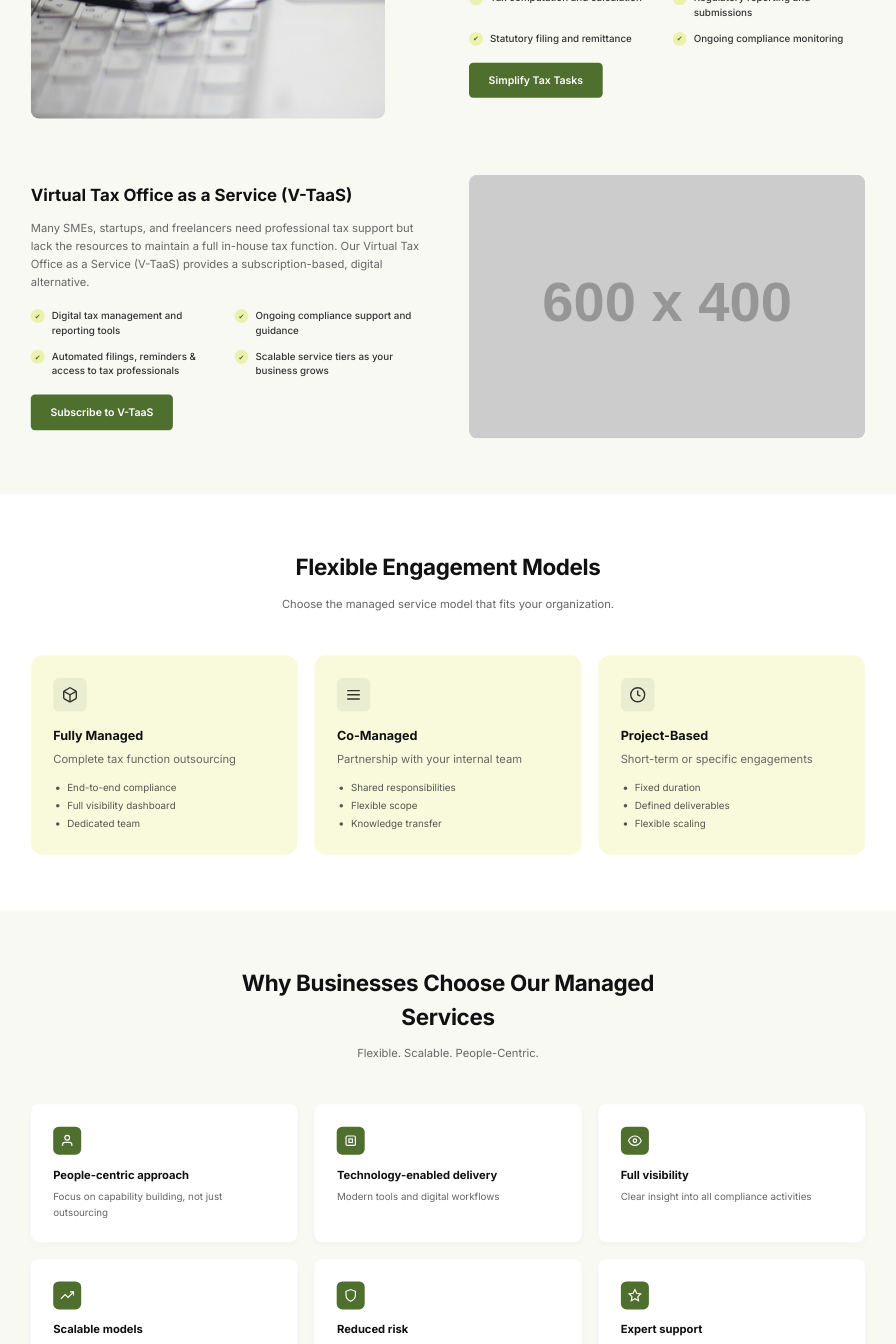
Repository: Opawumi/work_merate
Page: managed.html
These files come from the project's save history. The page is drawn as it stood at one moment and after a run of saves; the edit follows.
The browser window is 1280 px wide. The pictures show the part of the page from y = 2231 to 4151 px (the page is 5400 px tall before and 5415 px after), at 70% of full size.

Above is the page before, as saved 2026-02-02 11:44:09.

### managed.html
<!DOCTYPE html>
<html lang="en">
<head>
    <meta charset="UTF-8">
    <meta name="viewport" content="width=device-width, initial-scale=1.0">
    <title>Managed Services - WorkMerate</title>
    <link rel="stylesheet" href="managed.css">
    <link rel="preconnect" href="https://fonts.googleapis.com">
    <link rel="preconnect" href="https://fonts.gstatic.com" crossorigin>
    <link href="https://fonts.googleapis.com/css2?family=Inter:wght@400;500;600;700;800&display=swap" rel="stylesheet">
</head>
<body>

    <nav class="navbar">
        <div class="container nav-wrapper">
            <a href="#" class="logo">
                W<span class="bag-icon"></span>rkMerate
            </a>

            <ul class="nav-menu">
                <li><a href="#" class="nav-link">Agentic AI</a></li>
                <li>
                    <a href="#" class="nav-link active">
                        Services
                        <svg class="chevron" viewBox="0 0 24 24" fill="none" stroke="currentColor" stroke-width="2" stroke-linecap="round" stroke-linejoin="round"><polyline points="6 9 12 15 18 9"></polyline></svg>
                    </a>
                </li>
                <li>
                    <a href="#" class="nav-link">
                        Modules
                        <svg class="chevron" viewBox="0 0 24 24" fill="none" stroke="currentColor" stroke-width="2" stroke-linecap="round" stroke-linejoin="round"><polyline points="6 9 12 15 18 9"></polyline></svg>
                    </a>
                </li>
                <li><a href="#" class="nav-link">Pricing</a></li>
                <li>
                    <a href="#" class="nav-link">
                        Resources
                        <svg class="chevron" viewBox="0 0 24 24" fill="none" stroke="currentColor" stroke-width="2" stroke-linecap="round" stroke-linejoin="round"><polyline points="6 9 12 15 18 9"></polyline></svg>
                    </a>
                </li>
                <li><a href="#" class="nav-link">About us</a></li>
            </ul>

            <div class="nav-actions">
                <a href="#" class="login-link">Login</a>
                <a href="#" class="btn-nav">Try it Free</a>
            </div>
        </div>
    </nav>

    <section class="hero-section">
        <div class="hero-bg-pattern"></div>

        <div class="container hero-container">

            <div class="hero-content">
                <div class="breadcrumbs">
                    <span class="crumb-gray">Services</span>
                    <svg class="crumb-arrow" viewBox="0 0 24 24"><path d="M10 6L8.59 7.41 13.17 12l-4.58 4.59L10 18l6-6z"/></svg>
                    <span class="crumb-current">Managed Services</span>
                </div>

                <h1>Empower Your Teams.<br>Outsource With Confidence.<br>Scale Without Friction.</h1>

                <p class="hero-description">
                    Sustainable tax compliance requires more than systems and strategies, it requires
                    people who understand the tools, processes that scale, and support that adapts as
                    your business grows.
                </p>

                <div class="hero-buttons">
                    <a href="#" class="btn-hero-primary">Talk to Our Team</a>
                    <a href="#" class="btn-hero-secondary">Explore Service Options</a>
                </div>
            </div>

            <div class="hero-image-wrapper">
                <img src="./assets/managed-main.png" alt="Team working together with sticky notes">
            </div>

        </div>
    </section>

    <section class="section-padding bg-white">
        <div class="container">
            <div class="section-header">
                <h2>What We Do</h2>
                <p>Flexible services designed to complement your internal team or act as your tax function entirely.</p>
            </div>
            <div class="grid-3">
                <div class="card-outline">
                    <div class="icon-box-lime"><svg viewBox="0 0 24 24" fill="none" stroke="currentColor" stroke-width="2"><path d="M22 10v6M2 10l10-5 10 5-10 5z"></path><path d="M6 12v5c3 3 9 3 12 0v-5"></path></svg></div>
                    <h3>Build Internal Capabilities</h3>
                    <p>Training and change management for tax technology adoption</p>
                </div>
                <div class="card-outline">
                    <div class="icon-box-lime"><svg viewBox="0 0 24 24" fill="none" stroke="currentColor" stroke-width="2"><rect x="2" y="7" width="20" height="14" rx="2" ry="2"></rect><path d="M16 21V5a2 2 0 0 0-2-2h-4a2 2 0 0 0-2 2v16"></path></svg></div>
                    <h3>Manage Tax Operations</h3>
                    <p>Full or partial outsourcing with complete visibility</p>
                </div>
                <div class="card-outline">
                    <div class="icon-box-lime"><svg viewBox="0 0 24 24" fill="none" stroke="currentColor" stroke-width="2"><path d="M18 10h-1.26A8 8 0 1 0 9 20h9a5 5 0 0 0 0-10z"></path></svg></div>
                    <h3>Digital Tax Office</h3>
                    <p>Subscription-based virtual tax services for growing businesses</p>
                </div>
            </div>
        </div>
    </section>

    <section class="section-padding bg-cream">
        <div class="container">
            <div class="section-header">
                <h2>Three powerful integration pathways</h2>
                <p>Choose the integration approach that matches your business model and technical requirements.</p>
            </div>

            <div class="pathway-row">
                <div class="pathway-text">
                    <h3>Tax Technology Training & Change Management</h3>
                    <p class="mb-6">Introducing automated tax systems without proper training can create confusion, resistance, and inefficiencies. Our Tax Technology Training & Change Management service ensures your teams understand, adopt, and confidently use automated tax and compliance workflows.</p>
                    <ul class="check-grid">
                        <li><span class="check-circle">✔</span> <span>Training on automated tax systems and platforms</span></li>
                        <li><span class="check-circle">✔</span> <span>Hands-on guidance for compliance workflows</span></li>
                        <li><span class="check-circle">✔</span> <span>Role-based training for finance, IT, and compliance teams</span></li>
                        <li><span class="check-circle">✔</span> <span>User adoption monitoring and post-training support</span></li>
                    </ul>
                    <a href="#" class="btn-dark mt-6">Upskill Your Team</a>
                </div>
                <div class="pathway-img">
                    <img src="./assets/managed-one.png" alt="Training session">
                </div>
            </div>

            <div class="pathway-row reverse">
                <div class="pathway-text">
                    <h3>Managed Tax Compliance Services</h3>
                    <p class="mb-6">Tax compliance can be resource-intensive, time-sensitive, and complex. Our Managed Tax Compliance Services allow organizations to outsource all or part of their tax operations while maintaining transparency and oversight.</p>
                    <ul class="check-grid">
                        <li><span class="check-circle">✔</span> <span>Tax computation and calculation</span></li>
                        <li><span class="check-circle">✔</span> <span>Regulatory reporting and submissions</span></li>
                        <li><span class="check-circle">✔</span> <span>Statutory filing and remittance</span></li>
                        <li><span class="check-circle">✔</span> <span>Ongoing compliance monitoring</span></li>
                    </ul>
                    <a href="#" class="btn-dark mt-6">Simplify Tax Tasks</a>
                </div>
                <div class="pathway-img">
                     <img src="./assets/managed-two.png" alt="Tax compliance">
                </div>
            </div>

            <div class="pathway-row">
                <div class="pathway-text">
                    <h3>Virtual Tax Office as a Service (V-TaaS)</h3>
                    <p class="mb-6">Many SMEs, startups, and freelancers need professional tax support but lack the resources to maintain a full in-house tax function. Our Virtual Tax Office as a Service (V-TaaS) provides a subscription-based, digital alternative.</p>
                    <ul class="check-grid">
                        <li><span class="check-circle">✔</span> <span>Digital tax management and reporting tools</span></li>
                        <li><span class="check-circle">✔</span> <span>Ongoing compliance support and guidance</span></li>
                        <li><span class="check-circle">✔</span> <span>Automated filings, reminders & access to tax professionals</span></li>
                        <li><span class="check-circle">✔</span> <span>Scalable service tiers as your business grows</span></li>
                    </ul>
                    <a href="#" class="btn-dark mt-6">Subscribe to V-TaaS</a>
                </div>
                <div class="pathway-img">
                     <img src="https://placehold.co/600x400/eeeeee/999999?text=Virtual+Office" alt="Woman working on laptop">
                </div>
            </div>
        </div>
    </section>

    <section class="section-padding bg-white">
        <div class="container">
            <div class="section-header">
                <h2>Flexible Engagement Models</h2>
                <p>Choose the managed service model that fits your organization.</p>
            </div>
            <div class="grid-3">
                <div class="card-yellow">
                    <div class="icon-box-trans"><svg viewBox="0 0 24 24" fill="none" stroke="currentColor" stroke-width="2"><path d="M21 16V8a2 2 0 0 0-1-1.73l-7-4a2 2 0 0 0-2 0l-7 4A2 2 0 0 0 3 8v8a2 2 0 0 0 1 1.73l7 4a2 2 0 0 0 2 0l7-4A2 2 0 0 0 21 16z"></path><polyline points="3.27 6.96 12 12.01 20.73 6.96"></polyline><line x1="12" y1="22.08" x2="12" y2="12"></line></svg></div>
                    <h3>Fully Managed</h3>
                    <p>Complete tax function outsourcing</p>
                    <ul class="bullet-list">
                        <li>End-to-end compliance</li>
                        <li>Full visibility dashboard</li>
                        <li>Dedicated team</li>
                    </ul>
                </div>
                <div class="card-yellow">
                    <div class="icon-box-trans"><svg viewBox="0 0 24 24" fill="none" stroke="currentColor" stroke-width="2"><path d="M3 6h18"></path><path d="M3 12h18"></path><path d="M3 18h18"></path></svg></div>
                    <h3>Co-Managed</h3>
                    <p>Partnership with your internal team</p>
                    <ul class="bullet-list">
                        <li>Shared responsibilities</li>
                        <li>Flexible scope</li>
                        <li>Knowledge transfer</li>
                    </ul>
                </div>
                <div class="card-yellow">
                    <div class="icon-box-trans"><svg viewBox="0 0 24 24" fill="none" stroke="currentColor" stroke-width="2"><circle cx="12" cy="12" r="10"></circle><polyline points="12 6 12 12 16 14"></polyline></svg></div>
                    <h3>Project-Based</h3>
                    <p>Short-term or specific engagements</p>
                    <ul class="bullet-list">
                        <li>Fixed duration</li>
                        <li>Defined deliverables</li>
                        <li>Flexible scaling</li>
                    </ul>
                </div>
            </div>
        </div>
    </section>

    <section class="section-padding bg-cream">
        <div class="container">
            <div class="section-header">
                <h2>Why Businesses Choose Our Managed Services</h2>
                <p>Flexible. Scalable. People-Centric.</p>
            </div>
            <div class="grid-3">
                <div class="card-white">
                    <div class="icon-box-dark"><svg viewBox="0 0 24 24" fill="none" stroke="currentColor" stroke-width="2"><path d="M20 21v-2a4 4 0 0 0-4-4H8a4 4 0 0 0-4 4v2"></path><circle cx="12" cy="7" r="4"></circle></svg></div>
                    <h3>People-centric approach</h3>
                    <p>Focus on capability building, not just outsourcing</p>
                </div>
                <div class="card-white">
                    <div class="icon-box-dark"><svg viewBox="0 0 24 24" fill="none" stroke="currentColor" stroke-width="2"><rect x="4" y="4" width="16" height="16" rx="2" ry="2"></rect><rect x="9" y="9" width="6" height="6"></rect></svg></div>
                    <h3>Technology-enabled delivery</h3>
                    <p>Modern tools and digital workflows</p>
                </div>
                <div class="card-white">
                    <div class="icon-box-dark"><svg viewBox="0 0 24 24" fill="none" stroke="currentColor" stroke-width="2"><path d="M1 12s4-8 11-8 11 8 11 8-4 8-11 8-11-8-11-8z"></path><circle cx="12" cy="12" r="3"></circle></svg></div>
                    <h3>Full visibility</h3>
                    <p>Clear insight into all compliance activities</p>
                </div>
                <div class="card-white">
                    <div class="icon-box-dark"><svg viewBox="0 0 24 24" fill="none" stroke="currentColor" stroke-width="2"><polyline points="23 6 13.5 15.5 8.5 10.5 1 18"></polyline><polyline points="17 6 23 6 23 12"></polyline></svg></div>
                    <h3>Scalable models</h3>
                    <p>Services that grow with your business</p>
                </div>
                <div class="card-white">
                    <div class="icon-box-dark"><svg viewBox="0 0 24 24" fill="none" stroke="currentColor" stroke-width="2"><path d="M12 22s8-4 8-10V5l-8-3-8 3v7c0 6 8 10 8 10z"></path></svg></div>
                    <h3>Reduced risk</h3>
                    <p>Lower compliance stress and exposure</p>
                </div>
                <div class="card-white">
                    <div class="icon-box-dark"><svg viewBox="0 0 24 24" fill="none" stroke="currentColor" stroke-width="2"><path d="M12 2l3.09 6.26L22 9.27l-5 4.87 1.18 6.88L12 17.77l-6.18 3.25L7 14.14 2 9.27l6.91-1.01L12 2z"></path></svg></div>
                    <h3>Expert support</h3>
                    <p>Access to tax professionals on-demand</p>
                </div>
            </div>
        </div>
    </section>

    <section class="section-padding bg-white">
        <div class="container">
            <div class="cta-banner">
                <h2>Build Capacity Today. Scale With Confidence Tomorrow.</h2>
                <p>Whether you need to train your team, outsource tax operations, or adopt a virtual tax office, we provide the support structure your business needs to operate and grow compliantly.</p>
                <div class="cta-actions">
                    <a href="#" class="btn-dark">Talk to Managed Services Team</a>
                    <a href="#" class="btn-text-link">Explore All Options</a>
                </div>
            </div>
        </div>
    </section>

    <footer class="footer-section">
        <div class="container">
            <div class="footer-top">
                <div class="footer-brand">
                    <a href="#" class="logo">W<span class="bag-icon"></span>rkMerate</a>
                    <p class="tagline">Smart. Secure. Simplified.</p>
                    <div class="contact-details">
                        <p><strong>USA Customer Support:</strong><br>(+1) 256 441 3090</p>
                        <p><strong>NGA Customer Support:</strong><br>(+234) 907 713 7167</p>
                        <p><strong>Email:</strong><br>support@workmerate.ng.com</p>
                    </div>
                </div>
                <div class="footer-links-grid">
                    <div>
                        <h4>Services</h4>
                        <ul><li><a href="#">Tax Automation</a></li><li><a href="#">ERP Integration</a></li><li><a href="#">Regulatory Reporting</a></li></ul>
                    </div>
                    <div>
                        <h4>Modules</h4>
                        <ul><li><a href="#">Human Resources</a></li><li><a href="#">Financial Management</a></li><li><a href="#">Tax Management</a></li></ul>
                    </div>
                    <div>
                        <h4>Resources</h4>
                        <ul><li><a href="#">Compliance Loss</a></li><li><a href="#">State IRS</a></li><li><a href="#">Tax Laws</a></li></ul>
                    </div>
                    <div>
                        <h4>Other Links</h4>
                        <ul><li><a href="#">About Us</a></li><li><a href="#">Pricing</a></li><li><a href="#">Contact Us</a></li></ul>
                    </div>
                </div>
            </div>
            <hr>
            <div class="footer-newsletter">
                <div class="nl-text">
                    <h3>Subscribe to our newsletter</h3>
                    <p>Stay informed with the latest news, updates, and resources.</p>
                </div>
                <div class="nl-form">
                    <input type="email" placeholder="Enter your email">
                    <button class="btn-dark">Subscribe</button>
                </div>
            </div>
            <hr>
            <div class="footer-bottom">
                <p>&copy; 2025 WorkMerate - All rights reserved</p>
                <div class="badges">
                     <span style="color:#4F6F2F; font-weight:bold; letter-spacing:1px; font-size:18px;">NiTDA</span>
                </div>
            </div>
        </div>
    </footer>

</body>
</html>

Loaded but not shown: managed.css (375 lines, source omitted)

After the next 4 saves:
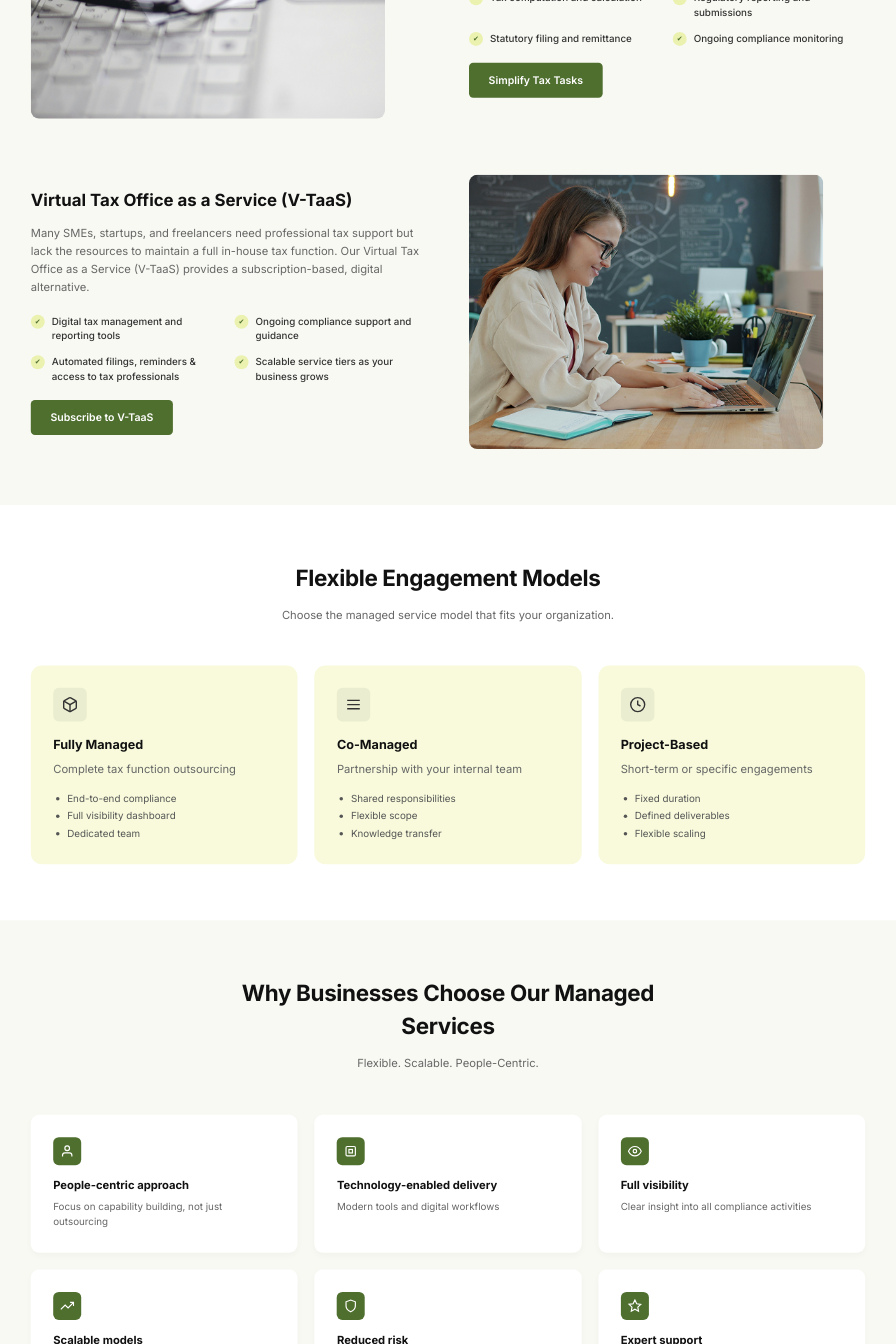
The 4 saves are shown as one change because they came seconds apart.
The last was saved 12 s later.
--- a/managed.html
+++ b/managed.html
@@ -161,7 +161,7 @@
                     <a href="#" class="btn-dark mt-6">Subscribe to V-TaaS</a>
                 </div>
                 <div class="pathway-img">
-                     <img src="https://placehold.co/600x400/eeeeee/999999?text=Virtual+Office" alt="Woman working on laptop">
+                     <img src="./assets/managed-three.png" alt="Woman working on laptop">
                 </div>
             </div>
         </div>
